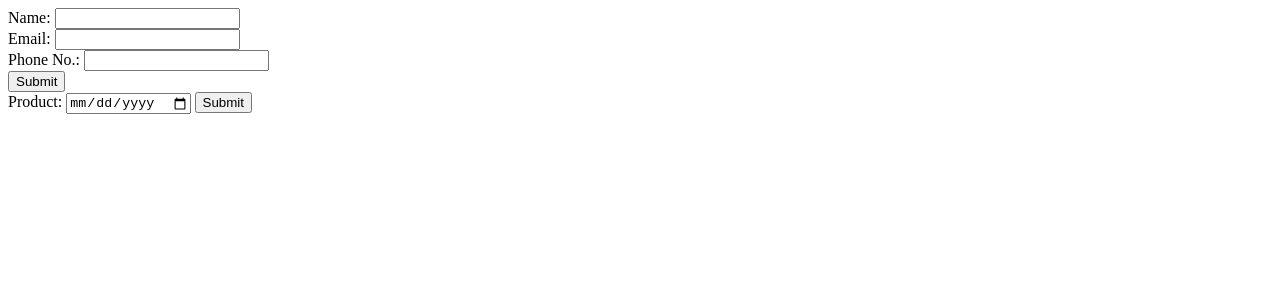
Repository: kua23/springboot
Page: amazon/amazon/src/main/resources/static/index.html
An editor plug-in stored every save of this project. The page is shown before and after the next save, followed by the edit.
The browser window is 1280 px wide. The pictures show the whole page.

Above is the page before, as saved 2025-04-14 00:50:20.

After the next save:
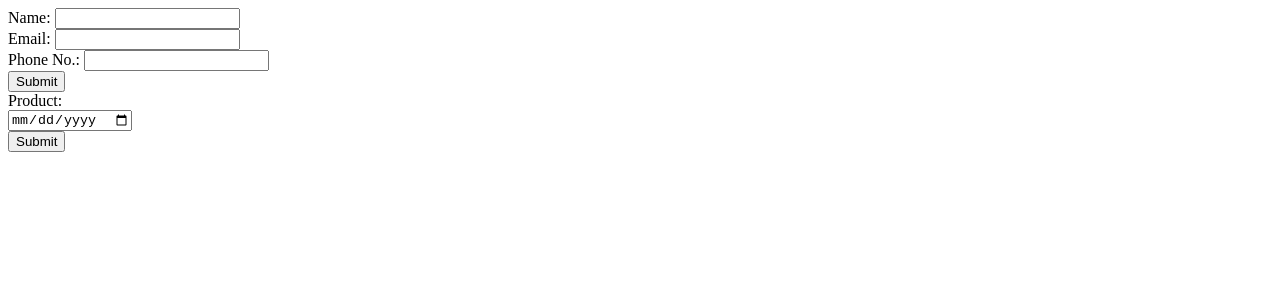
Saved 15 s later.
--- a/amazon/amazon/src/main/resources/static/index.html
+++ b/amazon/amazon/src/main/resources/static/index.html
@@ -16,9 +16,9 @@
 </form>
 
 <form action="/orders" method = "POST">
-	<label for="message">Product:</label>
-	<input type="date" id="product" name="product">
-	<button type = "submit">Submit</button>
+	<label for="message">Product:</label><br>
+	<input type="date" id="product" name="product"><br>
+	<button type = "submit">Submit</button><br>
 </form>
 </body>
 </html>
